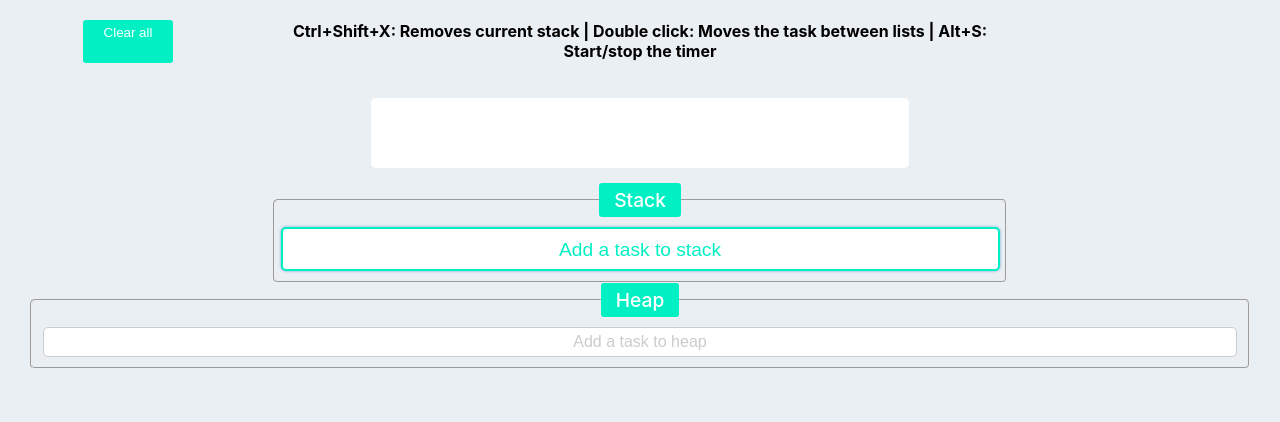
Repository: litalsh/meeting_v1
Page: /
An editor plug-in stored every save of this project. The page is shown before and after the next save, followed by the edit.
The browser window is 1280 px wide. The pictures show the whole page.
The project was rebuilt for these pictures with package versions that can differ from the ones it lists, and the page was loaded fresh each time. Also part of the build but not shown: src/Task.js.

Above is the page before, as saved 2020-12-13 19:16:03.

### public/index.html
<!DOCTYPE html>
<html lang="en">
  <head>
    <meta charset="utf-8" />
    <meta name="viewport" content="width=device-width, initial-scale=1" />
    <meta name="theme-color" content="#000000" />
    <meta
      name="description"
      content="Web site created using create-react-app"
    />
    <link rel="apple-touch-icon" href="%PUBLIC_URL%/logo192.png" />
    <!--
      manifest.json provides metadata used when your web app is installed on a
      user's mobile device or desktop. See https://developers.google.com/web/fundamentals/web-app-manifest/
    -->
    <link rel="manifest" href="%PUBLIC_URL%/manifest.json" />
    <!--
      Notice the use of %PUBLIC_URL% in the tags above.
      It will be replaced with the URL of the `public` folder during the build.
      Only files inside the `public` folder can be referenced from the HTML.

      Unlike "/favicon.ico" or "favicon.ico", "%PUBLIC_URL%/favicon.ico" will
      work correctly both with client-side routing and a non-root public URL.
      Learn how to configure a non-root public URL by running `npm run build`.
    -->
    <title>Meeting Managment App</title>
  </head>
  <body>
    <noscript>You need to enable JavaScript to run this app.</noscript>
    <div id="root"></div>
    <!--
      This HTML file is a template.
      If you open it directly in the browser, you will see an empty page.

      You can add webfonts, meta tags, or analytics to this file.
      The build step will place the bundled scripts into the <body> tag.

      To begin the development, run `npm start` or `yarn start`.
      To create a production bundle, use `npm run build` or `yarn build`.
    -->
  </body>
</html>

### src/App.js
import React, { useState, useEffect } from "react";
import "./App.css";
import { v4 as uuidv4 } from "uuid";
import Task from "./Task";
import useLocalStorage from './useLocalStorage';

const App = () => {
  const [stack, setStack] = useLocalStorage('stack', []);
  const [heap, setHeap] = useLocalStorage('heap', []);
  const [timer, setTimer] = useState(stack[0] !== undefined ? stack[stack.length - 1].duration * 60 : 0);
  const [isRunning, setIsRunning] = useState(false);

  const newTaskHandler = (event) => {
    if (event.which === 13 && event.target.value !== '') {
      setStack([
        ...stack,
        { id: uuidv4(), type: 'stack', topic: event.target.value, duration: 5 , isDone: false }
      ]);
      event.target.value = '';
    };
  };

  const newHeapHandler = (event) => {
    if (event.which === 13 && event.target.value !== '') {
      setHeap([
        ...heap,
        { id: uuidv4(), type: 'heap', topic: event.target.value, duration: 5, isDone: false }
      ]);
      event.target.value = '';
    };
  };

  const taskRemoveHandler = (id, type) => {
    if(type === 'stack'){
    const taskIndex = stack.findIndex(task => {
      return task.id === id;
    });

    let tempList = [...stack];
    tempList.splice(tempList[taskIndex], 1);
    setStack(tempList);
    if(taskIndex === stack.length - 1 ){
      setIsRunning(false);
      setTimer(stack[stack.length - 1].duration * 60);
    }
  };
    if(type === 'heap'){
      const taskIndex = heap.findIndex(task => {
        return task.id === id;
      });

      let tempList = [...heap];
      tempList.splice(tempList[taskIndex], 1);
      setHeap(tempList)
    };
    return console.log('taskRmoveHandler: ', stack);

  }

  const keyboardRemoveHandler = (e) => {

    if (e.ctrlKey && e.shiftKey && e.which === 88) {
      let tempStack = [...stack];
      tempStack.splice(tempStack.length - 1, 1);
      setStack(tempStack);
      setIsRunning(false);
      setTimer(stack[stack.length - 1].duration * 60);
    }
  }

  const keyboardStartTimerHandler = (e) => {
    if (e.altKey && e.which === 83) {
      !isRunning ? setIsRunning(true) : setIsRunning(false) ;
    }
  }

  useEffect(() => {
    if (document){
      document.addEventListener('keydown', keyboardRemoveHandler);
    }
    return () => {
      document.removeEventListener('keydown', keyboardRemoveHandler);
    }
  }, [stack]);

  useEffect(() => {
    if (document){
      document.addEventListener('keydown', keyboardStartTimerHandler);
      if(isRunning) {
        const id = window.setInterval(() => {
          setTimer(timer => timer-1);
        }, 1000);
        return () => window.clearInterval(id);
      }
    }
    return () => {
      document.removeEventListener('keydown', keyboardStartTimerHandler);
    }
  }, [isRunning])

  // const keyboardCangeListHandler = (e, id, type) => {

  //   if (e.ctrlKey && e.which === 77) {
  //     changeListHandler(id, type);
  //   }
  // }

  const changeListHandler = (id, type) => {
    // move task from stack to heap
    if (type === 'stack') {
      const taskIndex = stack.findIndex(task => {
        return task.id === id;
      });
      setHeap([...heap, { id: stack[taskIndex].id, type: 'heap', topic: stack[taskIndex].topic, duration: stack[taskIndex].duration, isDone: false }]);

      let tempStack = [...stack];
      tempStack.splice(taskIndex, 1);
      setStack(tempStack);
      console.log('change to heap ', stack, '  ', heap)
    };

    // move task from heap to stack
    if (type === 'heap') {
      const taskIndex = heap.findIndex(task => {
        return task.id === id;
      });
      setStack([...stack, { id: heap[taskIndex].id, type: 'stack', topic: heap[taskIndex].topic, duration: heap[taskIndex].duration, isDone: false }]);

      let tempHeap = [...heap];
      tempHeap.splice(taskIndex, 1);
      setHeap(tempHeap);
      console.log('change to stack ', stack, '  ', heap)
    };
  }

  const clearListsHandler = () => {
    setHeap([]);
    setStack([]);
  }

  return (
    <div className="container">
      <button className='clear-btn' onClick={() => clearListsHandler()}>Clear all</button>
      <h4>Ctrl+Shift+X: Removes current stack  |  Double click: Moves the task between lists  |  Alt+S: Start/stop the timer</h4>
      <div className="current-task">
       {stack[0] !== undefined ?  <span>{Math.floor(timer / 60)}:{Math.abs(timer % 60)}</span> : null}
        <h1>{stack[0] !== undefined ? stack[stack.length - 1].topic : null}</h1>
      </div>
      <fieldset className="task-list stack-list">
      <legend>Stack</legend>
        <ul>
          <>
            {console.log('1', stack)}
            {stack[0] !== undefined ? stack.map((task, id) => (
              <Task title={task.topic}
                key={id}
                remove={() => taskRemoveHandler(task.id, task.type)}
                move={() => changeListHandler(task.id, task.type)}
                class={"stack_item"}
                 />
            )) : null}
          </>
        </ul>
        <input type="text" placeholder="Add a task to stack" onKeyDown={newTaskHandler} className='stack-input'  autoFocus aria-flowto='heap-input' />
      </fieldset>

      <fieldset className="task-list heap-list">
        <legend>Heap</legend>
        <input type="text" placeholder="Add a task to heap" onKeyDown={newHeapHandler} className='heap-input'  aria-flowto='stack-input' />
        <ul>
          <>
            {console.log('2', heap)}
            {heap[0] !== undefined ? heap.map((task, id) => (
              <Task title={task.topic}
                key={id}
                remove={() => taskRemoveHandler(task.id, task.type)}
                move={() => changeListHandler(task.id, task.type)}
                class={"heap_item"}/>
            )) : null}
          </>
        </ul>
      </fieldset>
    </div>
  );
};

export default App;

### src/App.css
body{
 background-color:  #eaeff4;
}

h4 {
  text-align: center;
  grid-column: 2/5;
}

.container {
  display: grid;
  grid-template-columns: 20% 20% 20% 20% 20%;
}

.current-task {
  text-align: center;
  height: 70px;
  grid-column: 2/5;
  width: 70%;
  background: #fff;
  margin: 15px auto;
  border-radius: 5px;
  display: flex;
  align-items: center;
  flex-direction: column;
  justify-content: center;
}

.task-list {
  display: flex;
  flex-direction: column;
  align-self: start;
  border-radius: 5px;
  min-height: 4rem;
  padding: 5px 0;
  width: 95%;
  margin: 0 auto;
 }

 .stack-list {
   display: flex;
   flex-direction: column-reverse;
   grid-column: 2/5;
 }

 .heap-list {
  display: flex;
  flex-direction: row;
  flex-flow: wrap;
  justify-content: space-evenly;
  grid-column: 1/6;
 }

 legend {
  margin: 0 auto;
  font-size: 1.2rem;
  font-weight: 500;
  background-color: #00f0c4;
  padding: 5px 15px;
  color: #fff;
  border-radius: 3px;
 }

ul {
  list-style-type: none;
  margin: 0;
  padding: 0;
}

li {
  border: 1px solid AliceBlue;
  width: 70%;
  line-height: 40px;
  margin: -1px auto;
  position: relative;
  background-color: #fff;
  cursor: pointer;
}

.stack_item {
  width: 98%;
  line-height: 40px;
  margin: 3px auto;
  position: relative;
  text-align: center;
  border-radius: 5px;
}

.heap_item {
  width: 20%;
  line-height: 1.8em;
  margin: 3px auto;
  position: relative;
  text-align: center;
  border-radius: 5px;
  font-size: 1rem;
}

.stack-input {
  border: 2px solid #00f0c4;
  width: 98%;
  line-height: 40px;
  margin: 5px auto;
  position: relative;
  text-align: center;
  border-radius: 5px;
  font-size: 1.3rem;
  padding: 0;
}

.heap-input {
  border: 1px solid #ccc;
  width: 98%;
  line-height: 1.8em;
  margin: 5px auto;
  position: relative;
  text-align: center;
  border-radius: 5px;
  font-size: 1rem;
  padding: 0;
}

.stack-input::placeholder{
  color: #00f0c4;
  font-size: 1.2rem;
}

.heap-input::placeholder{
  color: #ccc;
  font-size: 1rem;
}

.stack-input:focus {
  outline: none !important;
  border: 2px solid #00f0c4;
  box-shadow: 0 0 3px #719ECE;
}

.remove {
  width: 1.5vw;
  height: 1.5vw;
  position: absolute;
  top: 50%;
  right: 10px;
  transform: translateY(-50%);
  border-radius: 50%;
  border: none;
  font-weight: bold;
  color: gray;
  cursor: pointer;
  font-size: 0.8rem;
}

.clear-btn {
  display: flex;
  grid-column: 1/2;
  width: 35%;
  margin: 20px auto;
  justify-content: center;
  border: none;
  background-color: #00f0c4;
  padding: 5px 15px;
  color: #fff;
  border-radius: 3px;
}

### src/useLocalStorage.js
import React, { useState, useEffect } from "react";

const PREFIX = 'meeting-manament-';


const useLocalStorage = (key, initialValue) => {
  const prefixedKey = PREFIX + key
  const [value, setValue] = useState(() => {
    const jsonValue = localStorage.getItem(prefixedKey)
    if (jsonValue != null) return JSON.parse(jsonValue)
    if (typeof initialValue === 'function') {
      return initialValue()
    } else {
      return initialValue
    }
  })

  useEffect(() => {
    localStorage.setItem(prefixedKey, JSON.stringify(value))
  }, [prefixedKey, value])

  return [value, setValue]
}


export default useLocalStorage;

Loaded but not shown: src/index.js (common file); src/index.css (common file); src/reportWebVitals.js (common file)

After the next save:
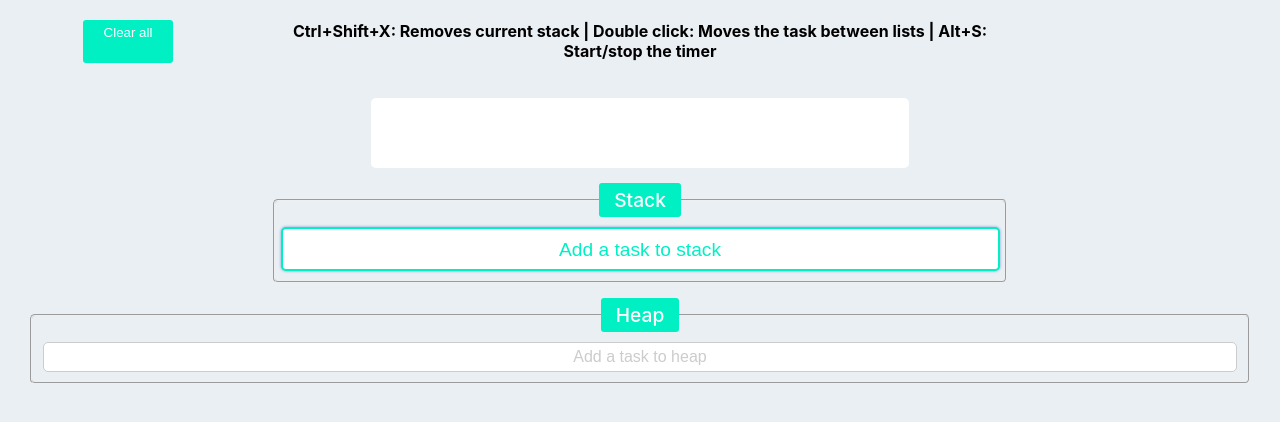
Saved 17 s later.
--- a/src/App.css
+++ b/src/App.css
@@ -49,6 +49,7 @@ h4 {
   flex-flow: wrap;
   justify-content: space-evenly;
   grid-column: 1/6;
+  margin-top: 15px;
  }
 
  legend {
